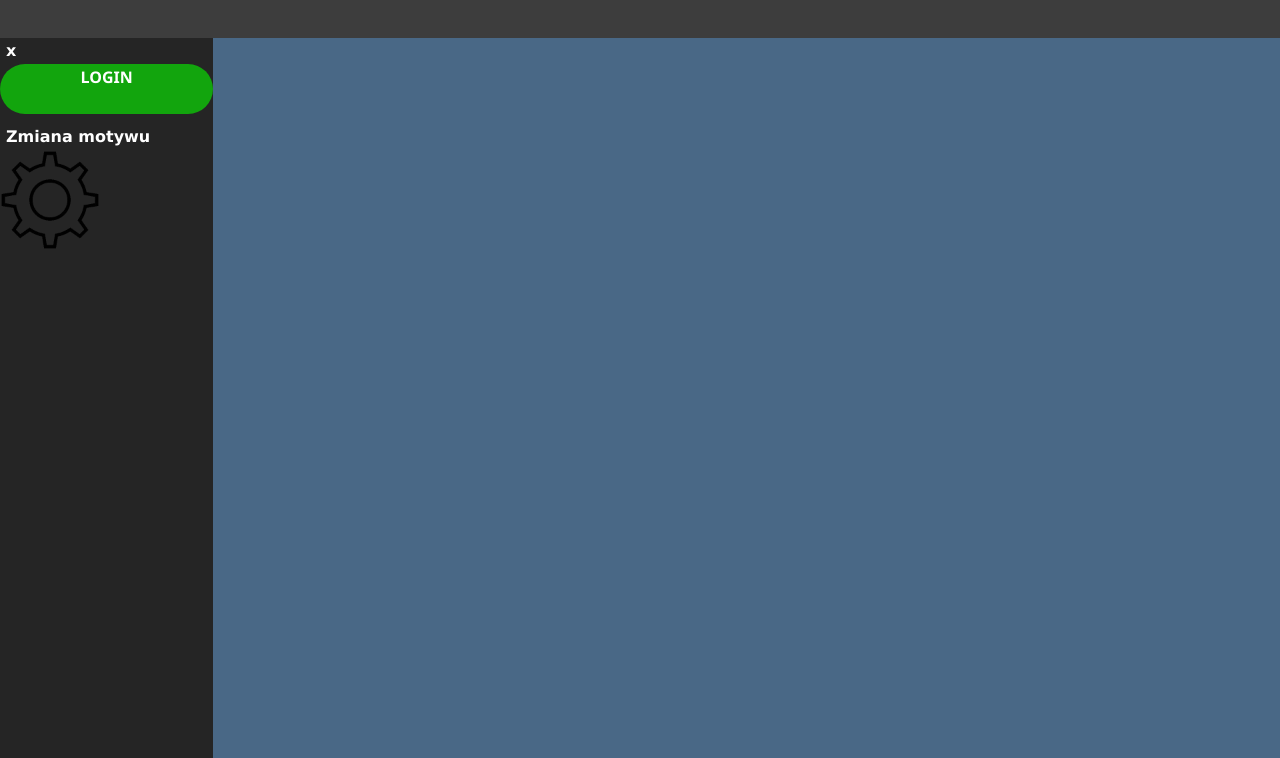
Repository: K4ziWolf/kazi
Page: /, after clicking the first element matching `button.btn`
The author's editor kept a copy of each file at every save. The page is drawn from the files as they stood at one save, then again after the next save.
The browser window is 1280 px wide. The pictures show the whole page.
The project was rebuilt for these pictures with package versions that can differ from the ones it lists, and the page was loaded fresh each time. Also part of the build but not shown: vue.config.js, src/components/login_screen.vue, src/components/option_screen.vue.

Above is the page before, as saved 2023-10-20 22:38:30.

### src/App.vue
<template>
<body>
  <section>
  <div id="container" class="col-md-12">
    <div class="d-flex flex-column text-white" style="background-color: rgb(61, 61, 61) ">
    <div class="x-btn">
      <button class="btn btn-outline-secondary" v-bind:class="open_menu_button " @click="showMenuScreen" >
        Pokaż menu
      </button>
      <menu_screen v-if="isMenuScreenVisible" @hide-menu-screen="hideMenuScreen" @show-login-screen="showLoginScreen" @change-theme="changeTheme" @option-open="optionOpener">
      </menu_screen>

    <div> <!--menu_scree i login_screen odpowiedzialne są za pokazywanie się tych komponentów-->
      <login_screen v-if="isLoginScreenVisible" @hide-login-screen="hideLoginScreen">
      </login_screen>
    </div>
    <option_screen v-if="isOptionScreenVisible" @hide-option-screen="HideOptionScreen">
      </option_screen>
  </div>
  </div>
  </div>
  </section>
</body>
</template>

<script>
import menu_screen from './components/menu_screen.vue';
import login_screen from './components/login_screen.vue';
import option_screen from './components/option_screen.vue';
export default {
  components: {
    menu_screen,
    login_screen,
    option_screen,
  },
  data() {
    return {
      open_menu_button: "show",
      open_login_button: "show",
      isLoginScreenVisible: false,
      isMenuScreenVisible: false,
      changecolor:0,
      isOptionScreenVisible: false,
    };
  },
  methods: {
    optionOpener(){
      this.isOptionScreenVisible = true;
    },
    HideOptionScreen(){
      setTimeout(() => {
      this.isOptionScreenVisible = false;
      }, 1000);
    },
    changeTheme() {
        this.changecolor += 1;
      if (this.changecolor % 2 === 0) {
        document.body.style.backgroundColor = 'blue';
      } else {
        document.body.style.backgroundColor = 'red';
      }
    },
    showMenuScreen() { //funkcja pokazująca menu
      this.isMenuScreenVisible = true;
      this.open_menu_button = "hidden";
      this.open_login_button = "show";
    },
    hideMenuScreen() {
      setTimeout(() => { //timeout aby animacja była płynna
        this.open_menu_button = "show";
        this.isMenuScreenVisible = false;
      }, 1200);
    },
    showLoginScreen() {
      this.isLoginScreenVisible = true;
      setTimeout(() => {
      this.isMenuScreenVisible = false;
      }, 1000);
    },
    hideLoginScreen() {
      setTimeout(() => {
        this.open_login_button = "show";
        this.open_menu_button ='show'
        this.isLoginScreenVisible = false;
      }, 1500);
    },
  },
};
</script>

<style>
@import '/src/style.css';

#app {
  font-family: Avenir, Helvetica, Arial, sans-serif;
  -webkit-font-smoothing: antialiased;
  -moz-osx-font-smoothing: grayscale;
  text-align: center;
  color: #2c3e50;
}
.show {
  opacity: 1;
  animation: show_button 0.4s;
}
@keyframes show_button {
  from {
    opacity: 0;
  }
  to {
    opacity: 1;
  }
}
.hidden {
  animation: hide_button 0.4s;
  opacity: 0;
}
@keyframes hide_button {
  from {
    opacity: 1;
  }
  to {
    opacity: 0;
  }
}
body { /*testy moje do zmiany */
  height: 100%;
  width: 100%;
  background-color: rgb(127, 247, 207);
}
.x-btn {
  background-color: rgb(61, 61, 61);

}
.xd-btn {
  text-decoration: none;
  border: none;
  font-family: Verdana, Geneva, Tahoma, sans-serif;
  background-color: #2c3e50;
  border-bottom-left-radius: 25px;
  border-bottom-right-radius: 25px;
  color: white;
  font-weight: bolder;

}
html {
  background-color: #496886;
}
</style>

### src/style.css
template {
    background-color: aqua;
}

### src/components/menu_screen.vue
<template>
     <div class="holder-ten1 col-sm-2" id="menu_holder" :class="menu_box_show">
    <div class="pole-exit-btn" id="Exit_menu_button">
      <button class="exit-baton" id="menu_exit_button" @click="hideMenuScreen">
        x
      </button>
      <button class="baton" id="poka-login" v-bind:class="open_login_button" @click="showLoginScreen">
        LOGIN
      </button>
      <button id="change_theme_btn" v-bind:class="change_theme_btn" @click="changeTheme">
        Zmiana motywu
      </button>
      <div id="gear_icon_box">
        <img
          v-bind:class="open_option_button"
          src="../assets/gear_icon.png"
          alt="Gear Icon"
          @mouseenter="openOptionButtonEnter"
          @mouseleave="openOptionButtonLeave"
          @click="open_options"
        />
      </div>
    </div>
  </div>
  </template>

  <script>
  export default {
    data() {
      return {
        menu_box_show: "show",
        open_option_button: "unanimated",
        change_theme_btn:"bright",
      };
    },
    methods: {
      open_options(){
        this.$emit('option-open');

      },
      changeTheme() {
        if (this.change_theme_btn === 'dark') {
          this.change_theme_btn = 'bright';
        } else {
          this.change_theme_btn = 'dark';
        }
          this.$emit('change-theme');
      },
      hideMenuScreen() {
        this.$emit('hide-menu-screen');
        this.menu_box_show = "hide";
      }, //emit to event, czyli wysłanie do komponenta rodzica komendy wywołania funckji w tym przypadku hideMenuScreen
      showLoginScreen() {
        this.menu_box_show = "hide";
        setTimeout(() => {
          this.$emit('show-Login-Screen');
        }, 200); //opóźnienie dla dobra animacji chyba tak mi się wydaje dawno temu to pisałem
      },
      openOptionButtonEnter() {
        this.open_option_button = "animated";
      },
      openOptionButtonLeave(){
        this.open_option_button = "unanimated";
      },
    },
  };
  </script>
  <style scoped>  /* scoped dotyczy tylko tego dokumentu */
.show {
  animation: show_animation 1s ease-in-out;
}
.baton{
  width: 80%;
}
@keyframes show_animation {
  from {
    opacity: 0;
    transform: translate3d(-40%, 0, 0);
  }
  to {
    opacity: 1;
    transform: translate3d(0, 0, 0);
  }
}

.hide {
  opacity: 0;
  animation: hide_animation 1s ease-in-out;
}

@keyframes hide_animation {
  from {
    opacity: 1;
    transform: translate3d(0, 0, 0);
  }
  to {
    opacity: 0;
    transform: translate3d(-40%, 0, 0);
  }
}

#menu_holder {
  background-color: rgb(37, 37, 37) !important;
  position: absolute;
  height: 100vh; /* Ustawienie na 100% wysokości strony */
  display: grid;
  grid-template-columns: 1fr; /* Pasek będzie miał tylko jedną kolumnę */
  gap: 0px;
  grid-template-areas: "Exit_menu_button" "poka-login" "change_theme_btn" "gear_icon_box";
}

.baton {
  background-color: rgb(18, 165, 13);
  display: inline-grid;
  text-decoration: none;
  width: 100%; /* Rozciągnij przycisk na 100% szerokości kontenera */
  height: 50px;
  border-radius: 25px;
  text-align: center;
  font-family: 'Segoe UI', Tahoma, Geneva, Verdana, sans-serif;
  border: none;
  color: white;
  font-weight: bold;
  margin-bottom: 10px; /* Dodaj odstęp między przyciskami */
}

.exit-baton {
  border: none;
  background-color: transparent;
  display: grid;
  font-family: Verdana, Geneva, Tahoma, sans-serif;
  font-weight: bold;
  color: white;
}

  holder-ten1 {
    background-color: rgb(37, 37, 37);
  }
  pole-exit-btn {
    background-color: rgb(37, 37, 37);
  }
  .dark{
    color: rgb(37, 37, 37) !important;
  }
  .bright{

    color: white;
  }
  #gear_icon_box img {
    max-width: 100px;
    cursor: pointer;
  }
  .unanimated{
  animation: back_spin 0.5s;
}
  .animated{
    animation: spin 5s linear infinite;
  }
  @keyframes spin {
  from {
    transform: rotate(0deg);
  }
  to {
    transform: rotate(360deg);
  }
}
@keyframes back_spin {
  from {
    transform: rotate(360deg);
  }
  to {
    transform: rotate(0deg);
  }
 }
 #gear_icon_box {
    height: 30px;
    width: 30px;
    border: none;
    background-color: transparent;
    display: grid;
    font-family: Verdana, Geneva, Tahoma, sans-serif;
    font-weight: bold;
    grid-area: gear_icon_box;
}
  #change_theme_btn{
    border: none;
    background-color: transparent;
    display: grid;

    font-family:Verdana, Geneva, Tahoma, sans-serif;
    font-weight: bold;
    grid-area: change_theme_btn;
   }
  </style>

Loaded but not shown: public/index.html (common file); src/main.js (common file)

After the next save:
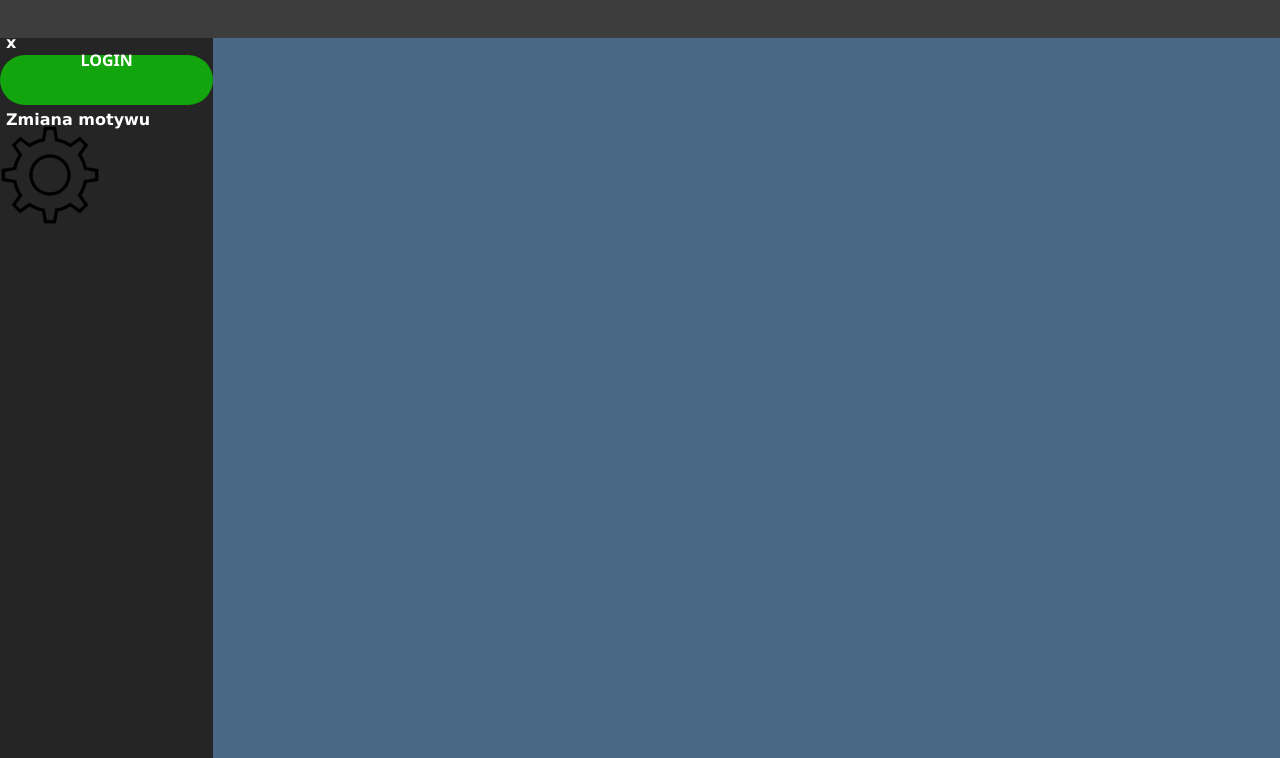
Saved 58 s later.
--- a/src/components/menu_screen.vue
+++ b/src/components/menu_screen.vue
@@ -69,8 +69,8 @@
 .show {
   animation: show_animation 1s ease-in-out;
 }
-.baton{
-  width: 80%;
+button{
+  line-height:50%;
 }
 @keyframes show_animation {
   from {
